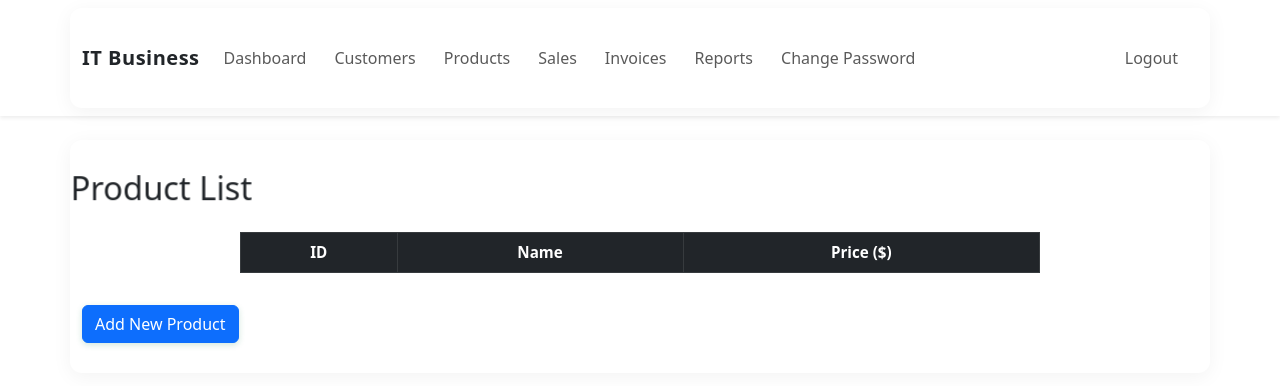
Repository: asmsaifulislam/it_business
Page: http://localhost/products
These files come from the project's save history. The page is drawn as it stood at one moment and after the next save; the edit follows.
The browser window is 1280 px wide. The pictures show the whole page.
The page is served by the project's application, run on Flask 3 (app.py). The session is filled in as if someone had signed in: {"user_id": 1}. Other server files are loaded and not shown. Queries for data that is not in the repository find no rows.

Above is the page before, as saved 2025-09-05 11:52:45.

### templates/products.html
{% extends 'base.html' %}

{% block content %}
<h2 class="mb-4">Product List</h2>

<table class="table table-striped table-bordered">
    <thead class="table-dark">
        <tr>
            <th>ID</th>
            <th>Name</th>
            <th>Price ($)</th>
        </tr>
    </thead>
    <tbody>
        {% for product in products %}
        <tr>
            <td>{{ product.id }}</td>
            <td>{{ product.name }}</td>
            <td>${{ "%.2f"|format(product.price) }}</td>
        </tr>
        {% endfor %}
    </tbody>
</table>

<a href="{{ url_for('add_product') }}" class="btn btn-primary mt-3">Add New Product</a>

{% endblock %}

### templates/base.html
<!DOCTYPE html>
<html lang="en">
<head>
    <meta charset="UTF-8">
    <title>IT Business Management Tool</title>
    <meta name="viewport" content="width=device-width, initial-scale=1">

    <!-- Custom Styles -->
    <link rel="stylesheet" href="{{ url_for('static', filename='style.css') }}">

    <!-- Bootstrap CSS -->
    <link href="https://cdn.jsdelivr.net/npm/bootstrap@5.3.0/dist/css/bootstrap.min.css" rel="stylesheet">
</head>
<body>
    <!-- Navbar -->
    <nav class="navbar navbar-expand-lg shadow-sm mb-4" style="background-color: #ffffff;">
        <div class="container">
            <a class="navbar-brand text-dark" href="{{ url_for('dashboard') }}">IT Business</a>
            <button class="navbar-toggler" type="button" data-bs-toggle="collapse" data-bs-target="#navbarNav">
                <span class="navbar-toggler-icon"></span>
            </button>
            <div class="collapse navbar-collapse justify-content-between" id="navbarNav">
                <ul class="navbar-nav">
                    <li class="nav-item"><a class="nav-link" href="{{ url_for('dashboard') }}">Dashboard</a></li>
                    <li class="nav-item"><a class="nav-link" href="{{ url_for('customers') }}">Customers</a></li>
                    <li class="nav-item"><a class="nav-link" href="{{ url_for('products') }}">Products</a></li>
                    <li class="nav-item"><a class="nav-link" href="{{ url_for('sales') }}">Sales</a></li>
                    <li class="nav-item"><a class="nav-link" href="{{ url_for('invoice') }}">Invoices</a></li>
                    <li class="nav-item"><a class="nav-link" href="{{ url_for('reports') }}">Reports</a></li>
                    <li class="nav-item"><a class="nav-link" href="{{ url_for('change_password') }}">Change Password</a></li>
                </ul>
                <ul class="navbar-nav">
                    {% if session.get('user_id') %}
                        <li class="nav-item"><a class="nav-link" href="{{ url_for('logout') }}">Logout</a></li>
                    {% else %}
                        <li class="nav-item"><a class="nav-link" href="{{ url_for('login') }}">Login</a></li>
                    {% endif %}
                </ul>
            </div>
        </div>
    </nav>

    <!-- Flash Messages -->
    <div class="container">
        {% with messages = get_flashed_messages() %}
            {% if messages %}
                <div class="alert alert-warning text-center fade-in">
                    {% for message in messages %}
                        <div>{{ message }}</div>
                    {% endfor %}
                </div>
            {% endif %}
        {% endwith %}

        <!-- Page Content -->
        {% block content %}{% endblock %}
    </div>

    <!-- Bootstrap JS -->
    <script src="https://cdn.jsdelivr.net/npm/bootstrap@5.3.0/dist/js/bootstrap.bundle.min.js"></script>
</body>
</html>

### app.py
# -------------------- Core Imports --------------------
import os
from flask import Flask, render_template, redirect, url_for, request, flash, session
from flask_sqlalchemy import SQLAlchemy
from flask_migrate import Migrate
from werkzeug.security import generate_password_hash, check_password_hash
from dotenv import load_dotenv

# -------------------- Load Environment Variables --------------------
load_dotenv()

# -------------------- Config --------------------
class Config:
    SQLALCHEMY_DATABASE_URI = os.getenv('DATABASE_URL', 'sqlite:///site.db')
    SECRET_KEY = os.getenv('SECRET_KEY', 'fallback_secret')
    SQLALCHEMY_TRACK_MODIFICATIONS = False

# -------------------- App Initialization --------------------
app = Flask(__name__)
app.config.from_object(Config)

# -------------------- Database --------------------
db = SQLAlchemy(app)
migrate = Migrate(app, db)

# -------------------- Models --------------------
class User(db.Model):
    id = db.Column(db.Integer, primary_key=True)
    username = db.Column(db.String(120), unique=True, nullable=False)
    password = db.Column(db.String(512), nullable=False)

class Customer(db.Model):
    id = db.Column(db.Integer, primary_key=True)
    name = db.Column(db.String(120), nullable=False)
    email = db.Column(db.String(120), nullable=True)

class Product(db.Model):
    id = db.Column(db.Integer, primary_key=True)
    name = db.Column(db.String(120), nullable=False)
    price = db.Column(db.Float, nullable=False)
    stock = db.Column(db.Integer, default=0)

class Sale(db.Model):
    id = db.Column(db.Integer, primary_key=True)
    customer_id = db.Column(db.Integer, db.ForeignKey('customer.id'), nullable=False)
    product_id = db.Column(db.Integer, db.ForeignKey('product.id'), nullable=False)
    quantity = db.Column(db.Integer, nullable=False)
    total = db.Column(db.Float, nullable=False)

class Invoice(db.Model):
    id = db.Column(db.Integer, primary_key=True)
    sale_id = db.Column(db.Integer, db.ForeignKey('sale.id'), nullable=False)
    status = db.Column(db.String(20), default='Unpaid')

# -------------------- One-Time Admin Creation --------------------
with app.app_context():
    db.create_all()
    if not User.query.filter_by(username='admin').first():
        admin = User(username='admin', password=generate_password_hash('admin123'))
        db.session.add(admin)
        db.session.commit()

# -------------------- Form Imports --------------------
from forms import (
    LoginForm,
    ChangePasswordForm,
    UpdateAccountForm,
    CustomerForm,
    ProductForm,
    SaleForm,
    InvoiceForm
)

# -------------------- One-Time Admin Creation --------------------
with app.app_context():
    db.create_all()
    if not User.query.filter_by(username='admin').first():
        admin = User(username='admin', password=generate_password_hash('admin123'))
        db.session.add(admin)
        db.session.commit()

# -------------------- Auth --------------------
@app.route('/login', methods=['GET', 'POST'])
def login():
    form = LoginForm()
    if form.validate_on_submit():
        user = User.query.filter_by(username=form.username.data).first()
        if user and check_password_hash(user.password, form.password.data):
            session['user_id'] = user.id
            return redirect(url_for('dashboard'))
        else:
            flash('Invalid credentials')
    return render_template('login.html', form=form)

@app.route('/logout')
def logout():
    session.pop('user_id', None)
    return redirect(url_for('login'))

# -------------------- Change Password --------------------
@app.route('/change-password', methods=['GET', 'POST'])
def change_password():
    if 'user_id' not in session:
        return redirect(url_for('login'))

    form = ChangePasswordForm()
    user = User.query.get(session['user_id'])

    if form.validate_on_submit():
        if not check_password_hash(user.password, form.current_password.data):
            flash('Current password is incorrect')
        else:
            user.password = generate_password_hash(form.new_password.data)
            db.session.commit()
            flash('Password updated successfully')
            return redirect(url_for('dashboard'))

    return render_template('change_password.html', form=form)

# -------------------- Update Account --------------------
@app.route('/update-account', methods=['GET', 'POST'])
def update_account():
    if 'user_id' not in session:
        return redirect(url_for('login'))

    form = UpdateAccountForm()
    user = User.query.get(session['user_id'])

    if form.validate_on_submit():
        if not check_password_hash(user.password, form.current_password.data):
            flash('Current password is incorrect')
        else:
            user.username = form.username.data
            user.password = generate_password_hash(form.new_password.data)
            db.session.commit()
            flash('Account updated successfully')
            return redirect(url_for('dashboard'))

    return render_template('update_account.html', form=form)

# -------------------- Add Product --------------------
@app.route('/add-product', methods=['GET', 'POST'])
def add_product():
    if 'user_id' not in session:
        return redirect(url_for('login'))

    form = ProductForm()
    if form.validate_on_submit():
        try:
            new_product = Product(name=form.name.data, price=form.price.data)
            db.session.add(new_product)
            db.session.commit()
            flash('✅ Product added successfully', 'success')
            return redirect(url_for('products'))
        except Exception as e:
            db.session.rollback()
            flash(f'❌ Error adding product: {str(e)}', 'danger')

    return render_template('add_product.html', form=form)

# -------------------- Record Sale --------------------
@app.route('/record-sale', methods=['GET', 'POST'])
def record_sale():
    if 'user_id' not in session:
        return redirect(url_for('login'))

    form = SaleForm()
    form.customer_id.choices = [(c.id, c.name) for c in Customer.query.all()]
    form.product_id.choices = [(p.id, p.name) for p in Product.query.all()]

    if form.validate_on_submit():
        product = Product.query.get(form.product_id.data)
        total = product.price * form.quantity.data
        new_sale = Sale(
            customer_id=form.customer_id.data,
            product_id=form.product_id.data,
            quantity=form.quantity.data,
            total=total
        )
        db.session.add(new_sale)
        db.session.commit()
        flash('Sale recorded successfully')
        return redirect(url_for('sales'))

    return render_template('record_sale.html', form=form)
#------------------sales report-----------------------
@app.route('/sales-report')
def sales_report():
    # Fetch and render sales data
    return render_template('sales_report.html')


# -------------------- Create Invoice (Manual Form) --------------------
@app.route('/create-invoice', methods=['GET', 'POST'])
def create_invoice():
    if 'user_id' not in session:
        return redirect(url_for('login'))

    form = InvoiceForm()
    form.sale_id.choices = [(sale.id, f"Sale #{sale.id} - {sale.customer.name}") for sale in Sale.query.all()]

    if form.validate_on_submit():
        sale = Sale.query.get_or_404(form.sale_id.data)
        existing_invoice = Invoice.query.filter_by(sale_id=sale.id).first()
        if existing_invoice:
            flash('Invoice already exists for this sale.', 'warning')
        else:
            new_invoice = Invoice(sale_id=sale.id, status=form.status.data)
            db.session.add(new_invoice)
            db.session.commit()
            flash('Invoice created successfully.', 'success')
        return redirect(url_for('invoice'))

    return render_template('create_invoice.html', form=form)

# -------------------- Generate Invoice (Auto from Sale) --------------------
@app.route('/generate-invoice/<int:sale_id>', methods=['POST'])
def generate_invoice(sale_id):
    if 'user_id' not in session:
        return redirect(url_for('login'))

    sale = Sale.query.get_or_404(sale_id)
    existing_invoice = Invoice.query.filter_by(sale_id=sale.id).first()
    if existing_invoice:
        flash('Invoice already exists for this sale.', 'warning')
    else:
        new_invoice = Invoice(sale_id=sale.id, status='Unpaid')
        db.session.add(new_invoice)
        db.session.commit()
        flash('Invoice generated successfully.', 'success')

    return redirect(url_for('invoice'))

# -------------------- Mark Invoice as Paid --------------------
@app.route('/mark-paid/<int:invoice_id>', methods=['POST'])
def mark_paid(invoice_id):
    if 'user_id' not in session:
        return redirect(url_for('login'))

    invoice = Invoice.query.get_or_404(invoice_id)
    invoice.status = 'Paid'
    db.session.commit()
    flash('Invoice marked as paid.', 'success')
    return redirect(url_for('invoice'))

# -------------------- Dashboard --------------------
@app.route('/')
def dashboard():
    if 'user_id' not in session:
        return redirect(url_for('login'))
    stats = {
        'customers': Customer.query.count(),
        'products': Product.query.count(),
        'sales': Sale.query.count(),
        'invoices': Invoice.query.count()
    }
    return render_template('dashboard.html', stats=stats)

# -------------------- Customers --------------------
@app.route('/customers')
def customers():
    if 'user_id' not in session:
        return redirect(url_for('login'))
    all_customers = Customer.query.all()
    return render_template('customers.html', customers=all_customers)

@app.route('/add-customer', methods=['GET', 'POST'])
def add_customer():
    if 'user_id' not in session:
        return redirect(url_for('login'))

    form = CustomerForm()
    if form.validate_on_submit():
        new_customer = Customer(name=form.name.data, email=form.email.data)
        db.session.add(new_customer)
        db.session.commit()
        flash('Customer added successfully')
        return redirect(url_for('customers'))

    return render_template('add_customer.html', form=form)

# -------------------- Products --------------------
@app.route('/products')
def products():
    if 'user_id' not in session:
        return redirect(url_for('login'))
    all_products = Product.query.all()
    return render_template('products.html', products=all_products)

# -------------------- Sales --------------------
@app.route('/sales')
def sales():
    if 'user_id' not in session:
        return redirect(url_for('login'))
    all_sales = Sale.query.all()
    return render_template('sales.html', sales=all_sales)

# -------------------- Invoices --------------------
@app.route('/invoice')
def invoice():
    if 'user_id' not in session:
        return redirect(url_for('login'))
    all_invoices = Invoice.query.all()
    return render_template('invoice.html', invoices=all_invoices)

# -------------------- Reports --------------------
@app.route('/reports')
def reports():
    if 'user_id' not in session:
        return redirect(url_for('login'))
    return render_template('reports.html')
# -------------------- Sales Report --------------------
@app.route('/sales-report')
def sales_report_view():
    if 'user_id' not in session:
        return redirect(url_for('login'))
    total_sales = Sale.query.count()
    total_revenue = db.session.query(db.func.sum(Sale.total)).scalar() or 0
    top_product = db.session.query(Product.name, db.func.sum(Sale.quantity))\
        .join(Sale, Product.id == Sale.product_id)\
        .group_by(Product.name)\
        .order_by(db.func.sum(Sale.quantity).desc())\
        .first()
    return render_template('sales_report.html',
                           total_sales=total_sales,
                           total_revenue=total_revenue,
                           top_product=top_product[0] if top_product else "N/A")

# -------------------- Customer Report --------------------
@app.route('/customer-report')
def customer_report():
    if 'user_id' not in session:
        return redirect(url_for('login'))

    total_customers = Customer.query.count()
    recent_customers = Customer.query.order_by(Customer.id.desc()).limit(5).all()

    return render_template('customer_report.html',
                           total_customers=total_customers,
                           recent_customers=recent_customers)

# -------------------- Product Report --------------------
@app.route('/product-report')
def product_report():
    if 'user_id' not in session:
        return redirect(url_for('login'))

    total_products = Product.query.count()
    low_stock = Product.query.filter(Product.stock < 10).all()

    return render_template('product_report.html',
                           total_products=total_products,
                           low_stock=low_stock)

# -------------------- Invoice Report --------------------
@app.route('/invoice-report')
def invoice_report():
    if 'user_id' not in session:
        return redirect(url_for('login'))

    total_invoices = Invoice.query.count()
    paid = Invoice.query.filter_by(status='Paid').count()
    unpaid = Invoice.query.filter_by(status='Unpaid').count()
    overdue = Invoice.query.filter_by(status='Overdue').count()

    return render_template('invoice_report.html',
                           total_invoices=total_invoices,
                           paid=paid,
                           unpaid=unpaid,
                           overdue=overdue)


# -------------------- Run --------------------
if __name__ == '__main__':
    app.run(debug=True)

### static/style.css
/* Base Reset */
body {
    margin: 0;
    padding: 0;
    font-family: 'Segoe UI', Tahoma, Geneva, Verdana, sans-serif;
    background-color: #f4f6f9;
    color: #212529;
    text-align: center;
}

/* Navbar */
nav.navbar {
    background-color: #ffffff;
    box-shadow: 0 2px 4px rgba(0, 0, 0, 0.1);
    transition: box-shadow 0.3s ease;
}

nav.navbar:hover {
    box-shadow: 0 4px 12px rgba(0, 0, 0, 0.15);
}

.navbar-brand {
    font-weight: bold;
    font-size: 1.5rem;
    letter-spacing: 0.5px;
    color: #2c3e50;
}

.nav-link {
    font-size: 1rem;
    margin-right: 12px;
    position: relative;
    color: #2c3e50;
    transition: color 0.3s ease;
}

.nav-link::after {
    content: '';
    position: absolute;
    left: 0;
    bottom: -4px;
    width: 0%;
    height: 2px;
    background-color: #198754;
    transition: width 0.3s ease;
}

.nav-link:hover {
    color: #198754;
}

.nav-link:hover::after {
    width: 100%;
}

/* Container */
.container {
    padding: 30px 20px;
    max-width: 960px;
    margin: 0 auto;
    background-color: #ffffff;
    border-radius: 12px;
    box-shadow: 0 4px 20px rgba(0, 0, 0, 0.05);
    transform-style: preserve-3d;
    perspective: 1000px;
    animation: fadeInUp 0.6s ease forwards;
}

/* Headings */
h2 {
    font-weight: 600;
    color: #2c3e50;
    margin-bottom: 30px;
    transform: translateZ(20px);
}

/* Tables */
table {
    font-size: 0.95rem;
    margin: 0 auto;
    width: 100%;
    max-width: 800px;
    border-collapse: collapse;
    transition: transform 0.3s ease;
}

.table th {
    background-color: #2c3e50;
    color: white;
    text-align: center;
    padding: 12px;
}

.table td {
    vertical-align: middle;
    text-align: center;
    padding: 10px;
    background-color: #ffffff;
}

.table tbody tr {
    transition: background-color 0.3s ease, transform 0.3s ease;
}

.table tbody tr:hover {
    background-color: #f0f8ff;
    transform: scale(1.01) translateZ(10px);
}

/* Buttons */
.btn {
    font-weight: 500;
    padding: 10px 18px;
    border-radius: 6px;
    font-size: 0.95rem;
    background-color: #198754;
    color: white;
    transition: all 0.3s ease;
    box-shadow: 0 2px 6px rgba(25, 135, 84, 0.2);
}

.btn:hover {
    transform: translateY(-2px) scale(1.05);
    box-shadow: 0 6px 16px rgba(25, 135, 84, 0.3);
    background-color: #157347;
}

/* Cards */
.card {
    box-shadow: 0 2px 8px rgba(0, 0, 0, 0.08);
    border: none;
    text-align: center;
    border-radius: 8px;
    transition: transform 0.3s ease, box-shadow 0.3s ease;
}

.card:hover {
    transform: rotateX(3deg) rotateY(3deg);
    box-shadow: 0 6px 16px rgba(0, 0, 0, 0.1);
}

.card-header {
    font-weight: 600;
    font-size: 1.1rem;
}

/* Alerts */
.alert {
    font-size: 0.9rem;
    max-width: 600px;
    margin: 0 auto 20px;
    animation: fadeInUp 0.5s ease forwards;
}

/* Forms */
form {
    max-width: 500px;
    margin: 0 auto;
    text-align: left;
    background-color: #ffffff;
    padding: 30px;
    border-radius: 8px;
    box-shadow: 0 0 10px rgba(0, 0, 0, 0.05);
    animation: fadeInUp 0.6s ease forwards;
}

.form-label {
    font-weight: 500;
    margin-bottom: 6px;
}

.form-control {
    border-radius: 4px;
    font-size: 0.95rem;
    padding: 10px;
    margin-bottom: 15px;
    transition: box-shadow 0.3s ease;
}

.form-control:focus {
    box-shadow: 0 0 8px rgba(25, 135, 84, 0.3);
    border-color: #198754;
}

/* Badges */
.badge {
    font-size: 0.85rem;
    padding: 6px 10px;
    border-radius: 4px;
}

/* Animations */
@keyframes fadeInUp {
    from {
        opacity: 0;
        transform: translateY(20px);
    }
    to {
        opacity: 1;
        transform: translateY(0);
    }
}

/* Responsive Enhancements */
@media (max-width: 768px) {
    .container {
        padding: 20px 10px;
    }

    form {
        padding: 20px;
    }

    .btn {
        width: 100%;
    }

    h2 {
        font-size: 1.4rem;
    }
}

After the next save:
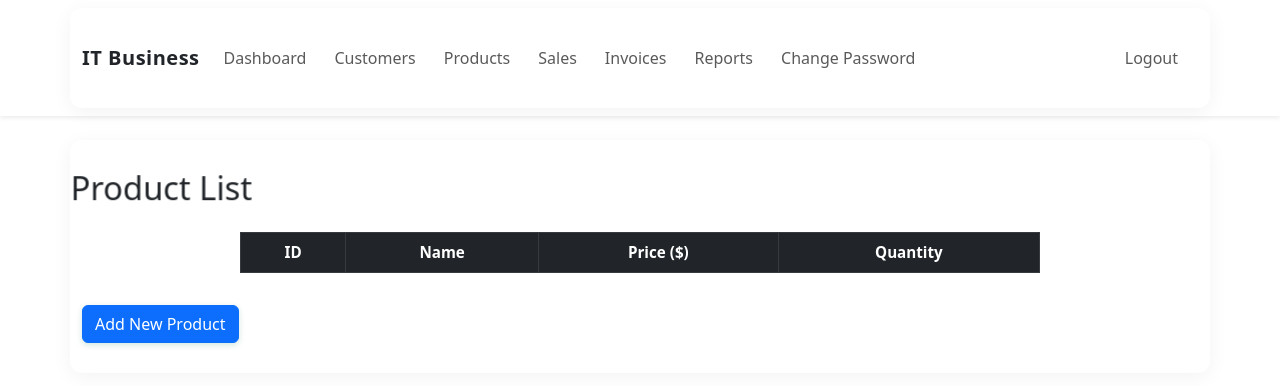
Saved 85 s later.
--- a/templates/products.html
+++ b/templates/products.html
@@ -9,6 +9,7 @@
             <th>ID</th>
             <th>Name</th>
             <th>Price ($)</th>
+            <th>Quantity</th> <!-- ✅ New Column -->
         </tr>
     </thead>
     <tbody>
@@ -17,11 +18,11 @@
             <td>{{ product.id }}</td>
             <td>{{ product.name }}</td>
             <td>${{ "%.2f"|format(product.price) }}</td>
+            <td>{{ product.stock }}</td> <!-- ✅ New Data Cell -->
         </tr>
         {% endfor %}
     </tbody>
 </table>
 
 <a href="{{ url_for('add_product') }}" class="btn btn-primary mt-3">Add New Product</a>
-
 {% endblock %}
